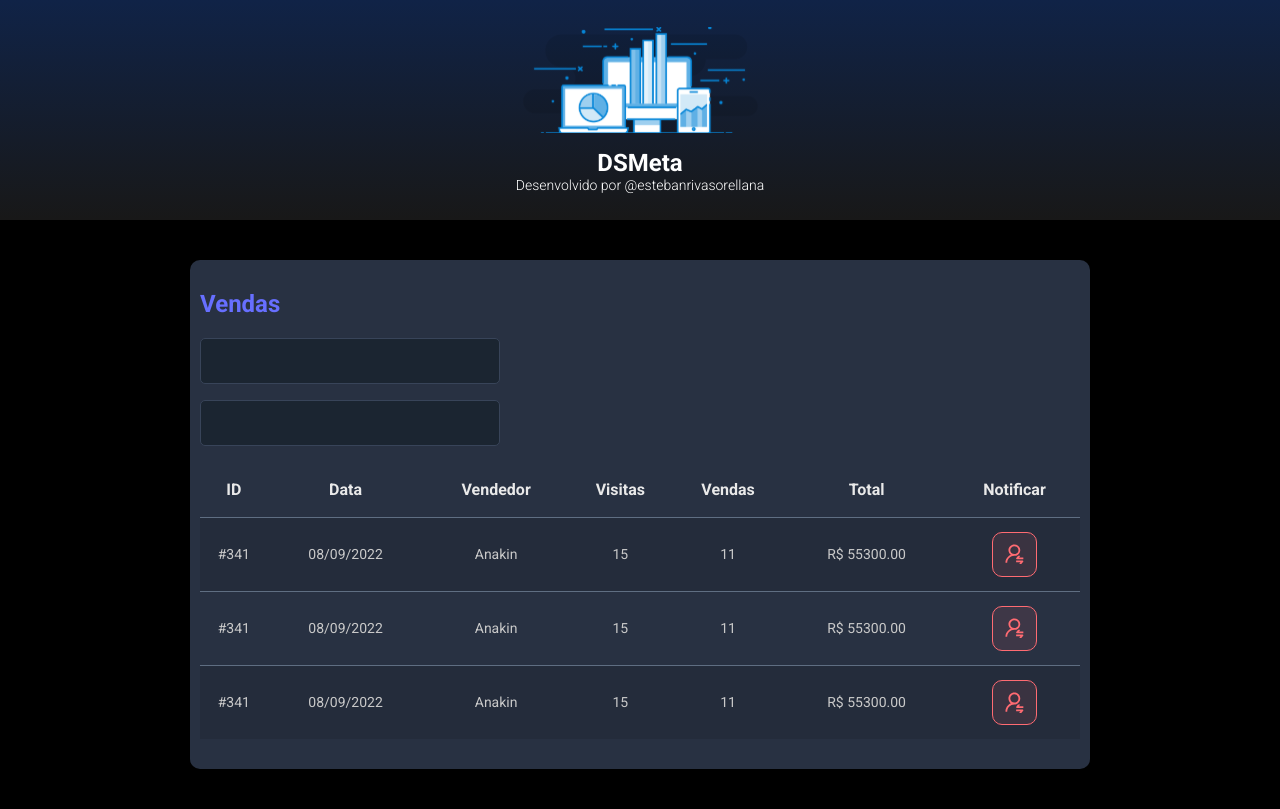
Repository: estebanrivas/dsmeta-css
Page: index.html
The author's editor kept a copy of each file at every save. The page is drawn from the files as they stood at one save, then again after the next save.
The browser window is 1280 px wide. The pictures show the whole page.

Above is the page before, as saved 2022-09-08 22:34:27.

After the next save:
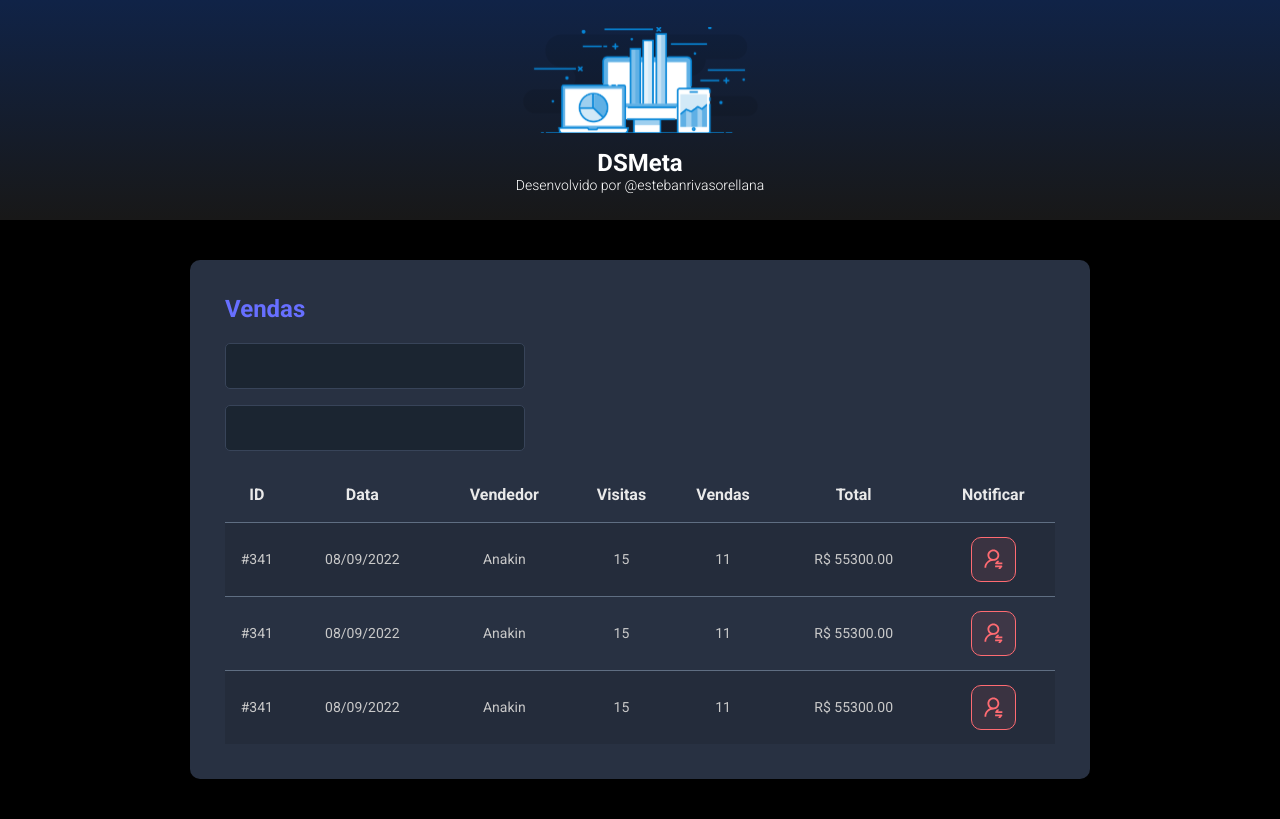
Saved 23 s later.
--- a/css/styles.css
+++ b/css/styles.css
@@ -151,7 +151,7 @@ header {
   }
 
   .dsmeta-card{
-    padding: ;
+    padding: 35px;
   }
 }
 
